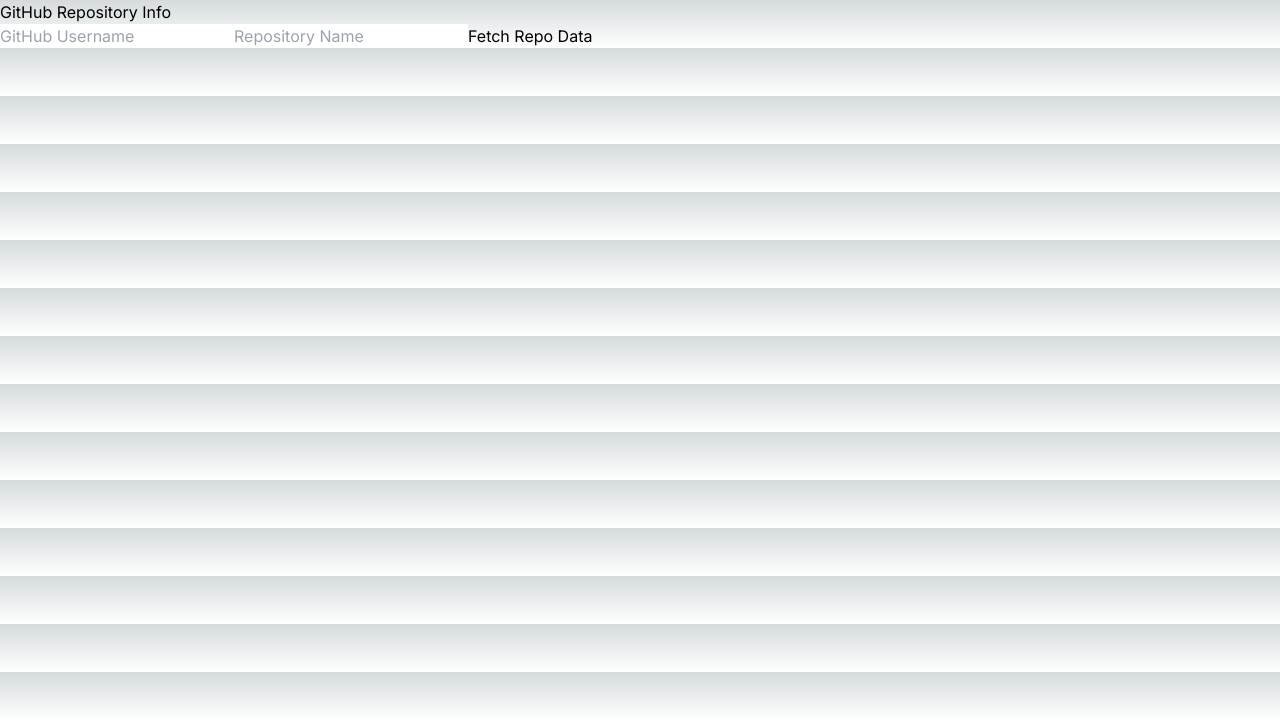
Repository: nickgoel31/portfolio
Page: /test
These files come from the project's save history. The page is drawn as it stood at one moment and after a run of saves; the edit follows.
The browser window is 1280 px wide. The pictures show the whole page.
The project was rebuilt for these pictures with package versions that can differ from the ones it lists, and the page was loaded fresh each time. The framework's server and built-in components were replaced by stand-ins that run in the browser. Also part of the build but not shown: next.config.mjs.

Above is the page before, as saved 2024-07-05 18:43:53.

After the next 2 saves:
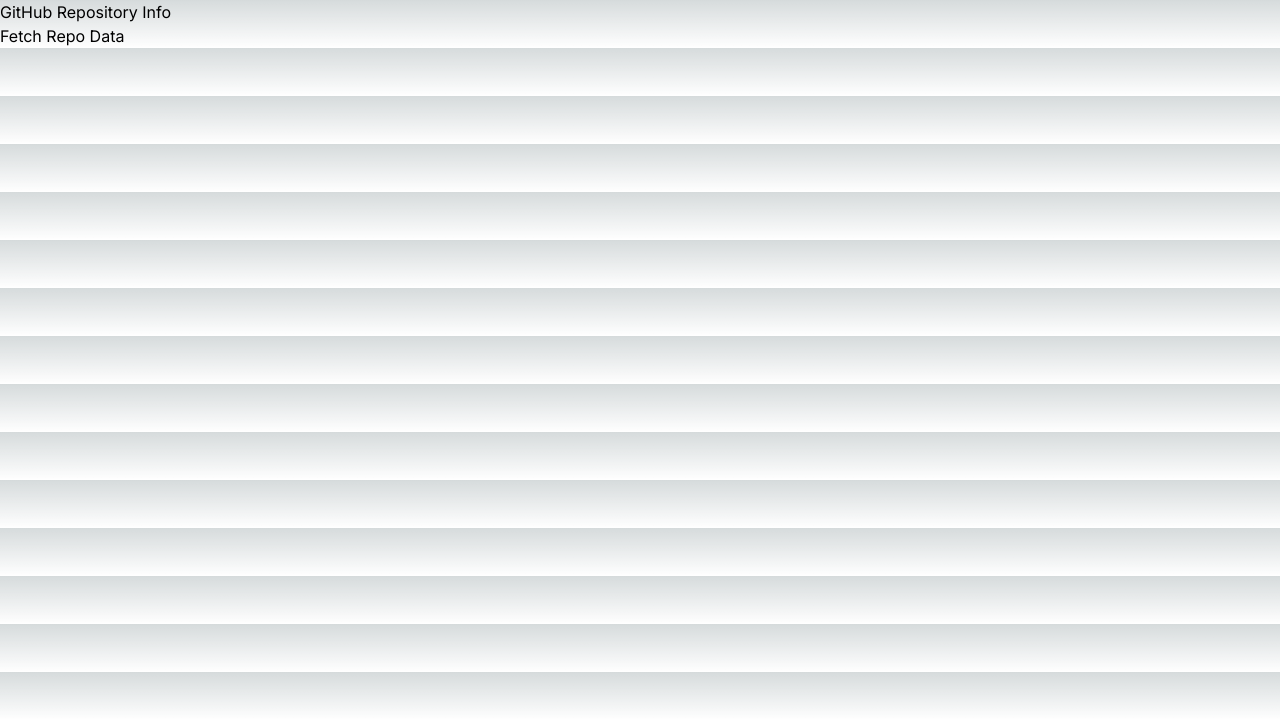
The 2 saves are shown as one change because they came seconds apart.
The last was saved 109 s later.
--- a/app/test/page.tsx
+++ b/app/test/page.tsx
@@ -20,18 +20,6 @@ const Home = () => {
   return (
     <div>
       <h1>GitHub Repository Info</h1>
-      <input
-        type="text"
-        placeholder="GitHub Username"
-        value={username}
-        onChange={(e) => setUsername(e.target.value)}
-      />
-      <input
-        type="text"
-        placeholder="Repository Name"
-        value={repo}
-        onChange={(e) => setRepo(e.target.value)}
-      />
       <button onClick={fetchRepoData}>Fetch Repo Data</button>
 
       {repoData && (
